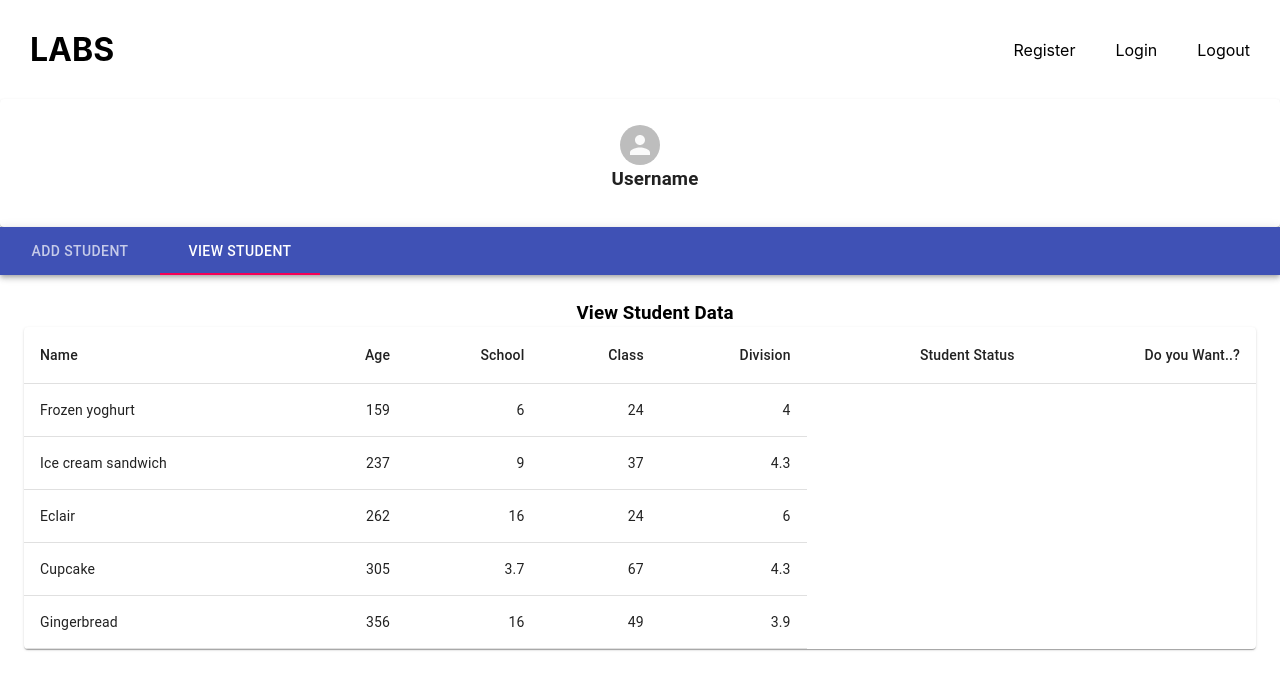
Repository: Prafullkuma/labsdata
Page: /admin, after clicking the first element matching `#simple-tab-1`
An editor plug-in stored every save of this project. The page is shown before and after a run of saves, followed by the edit.
The browser window is 1280 px wide. The pictures show the whole page.
The page's requests for data from a server got no answer. The project was rebuilt for these pictures with package versions that can differ from the ones it lists, and the page was loaded fresh each time. No one was signed in, and anything a server would have sent is missing. Also part of the build but not shown: src/Component/Main.js, src/Auth/Login.js, src/Auth/Signup.js, src/Auth/Logout.js.

Above is the page before, as saved 2020-08-25 22:30:26.

After the next 2 saves:
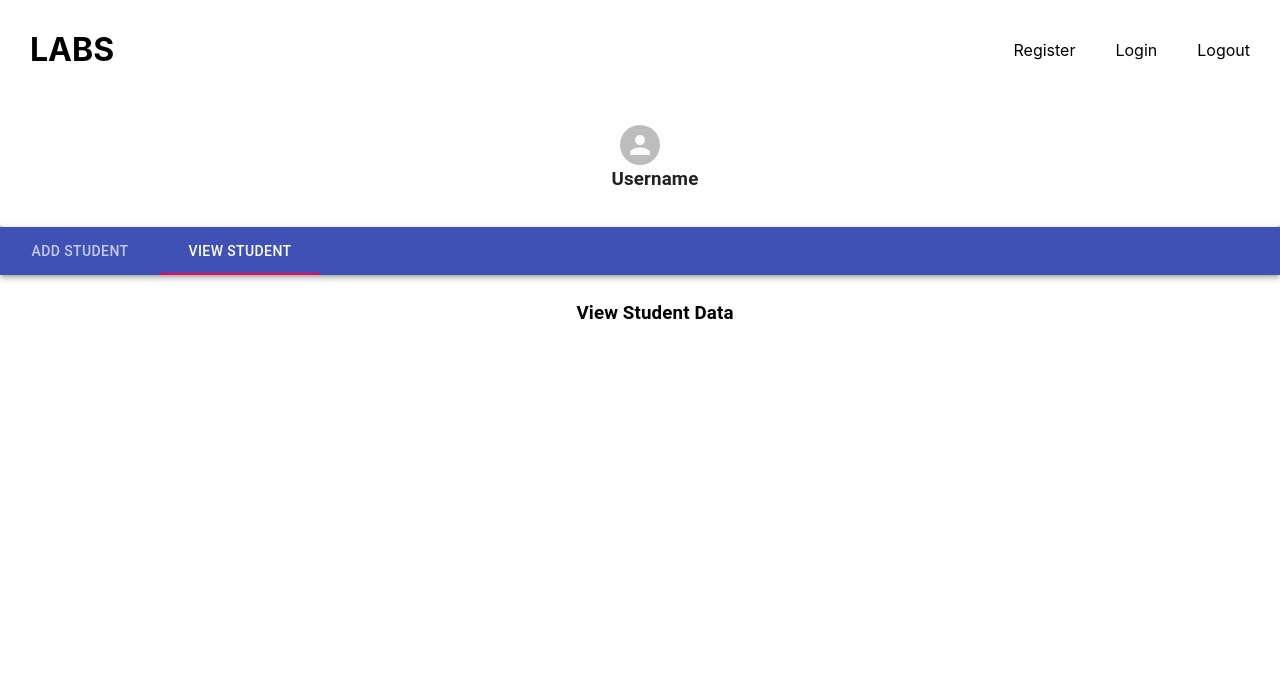
The 2 saves are shown as one change because 1 did not build or start.
The last was saved 101 s later.
--- a/src/Component/Student/ViewStudent.js
+++ b/src/Component/Student/ViewStudent.js
@@ -14,7 +14,9 @@ function ViewStudent() {
         <div>
             {console.log(allData.map(id => console.log(id.id)))}
             {console.log(allData.map(id => console.log(id.allData.name)))}
-            <ViewStudentData />
+            {allData.map(data => (
+                <ViewStudentData />
+            ))}
         </div >
     )
 }
